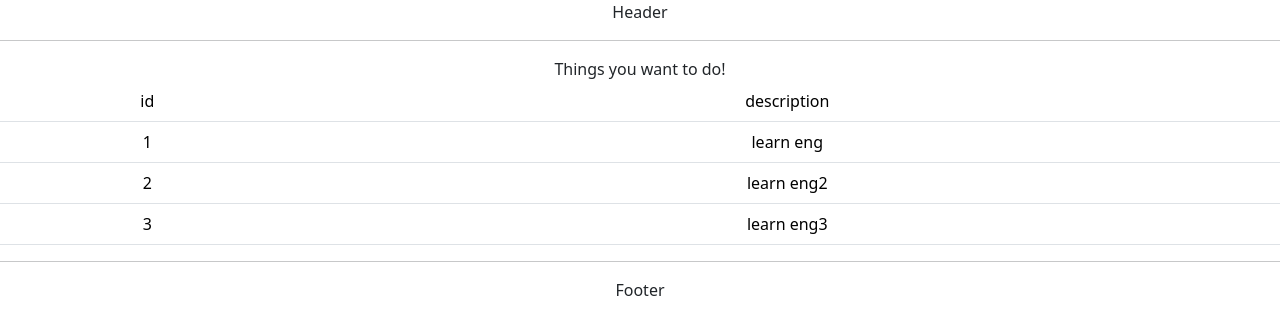
Repository: alexveremis/ReactWithRestAPI
Page: /todos
An editor plug-in stored every save of this project. The page is shown before and after the next save, followed by the edit.
The browser window is 1280 px wide. The pictures show the whole page.
The project was rebuilt for these pictures with package versions that can differ from the ones it lists, and the page was loaded fresh each time. Also part of the build but not shown: src/components/todo/TodoApp.css.

Above is the page before, as saved 2023-11-28 11:07:55.

After the next save:
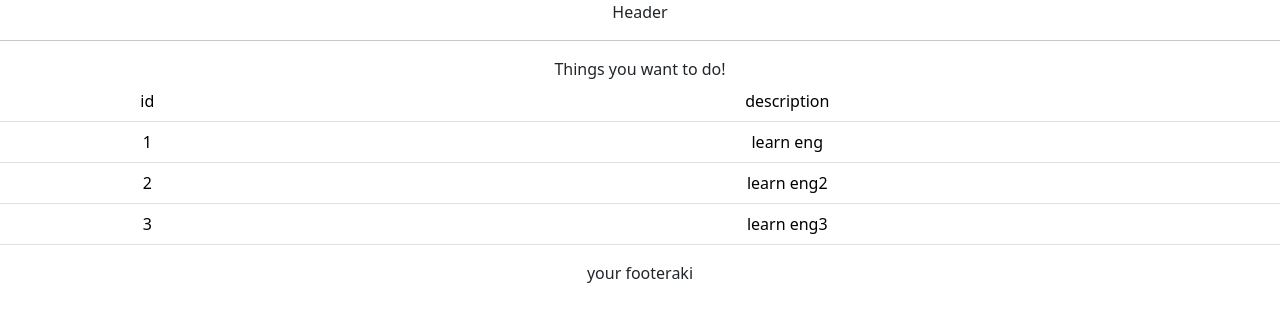
Saved 4 min 32 s later.
--- a/src/components/todo/TodoApp.jsx
+++ b/src/components/todo/TodoApp.jsx
@@ -144,8 +144,10 @@ function HeaderComponent(){
 
 function FooterComponent(){
     return(
-        <div className="footer">
-            <hr/> Footer
-        </div>
+        <footer className="footer">
+            <div class="container">
+                your footeraki
+            </div>
+        </footer>
     )
 }
